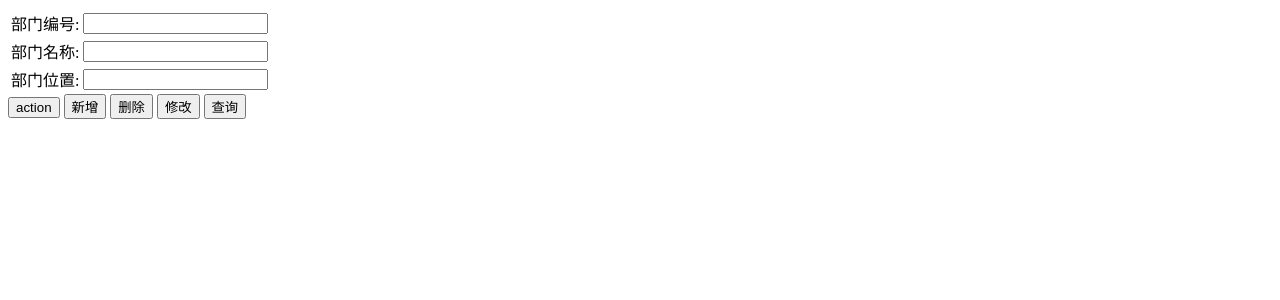
Repository: jianminghao/ssiProject
Page: http://localhost/myssiProject/dept2.jsp
An editor plug-in stored every save of this project. The page is shown before and after the next save, followed by the edit.
The browser window is 1280 px wide. The pictures show the whole page.
The page is served by Tomcat 9. Other server files are loaded and not shown.

Above is the page before, as saved 2020-03-05 04:14:57.

### myssiProject/WebContent/dept2.jsp
<%@ page language="java" contentType="text/html; charset=UTF-8"
    pageEncoding="UTF-8"%>
<!DOCTYPE html>


<html>
<head>
<meta charset="UTF-8">
<title>Insert title here</title>
<SCRIPT src="resource/jquery/jquery.js" type=text/javascript></SCRIPT>
	<script type="text/javascript">
	$(function() {

		 $('.btn').click(function() {
			var locationPath = "localhost:8080/myssiProject/dept.do?method=";
			debugger;
			var opt = $(this).val();
			switch(opt) {
		     case '1':
		    	 locationPath += 'insert';
		        break;
		     case '2':
		    	 locationPath += 'delete';
		        break;
		     case '3':
		    	 locationPath += 'update';
		        break;
		     default:
		    	 locationPath += 'list';
			}
			var deptNo =  document.getElementById("deptNo").value;
	    	var dName =  document.getElementById("dName").value;
	    	var loc =  document.getElementById("loc").value;
			document.all.dept.action=locationPath +"&deptInfo.deptNo="+deptNo +"&deptInfo.dName="+dName +"&deptInfo.loc="+loc;
			console.log(document.all.dept.action);
		/* 	document.all.dept.target="result"; */
			/* document.all.dept.submit();
			$(".dept").submit(); */
			/* windows.location.href=document.all.dept.action; */
			$("#submit").click(function(){
				document.all.dept.action=locationPath +"&deptInfo.deptNo="+deptNo +"&deptInfo.dName="+dName +"&deptInfo.loc="+loc;
				console.log(document.all.dept.action);
			});

	});
	});
	</script>
</head>
<body>
	<form id="dept" name ="dept"  method="post" action="" >
	<!-- <form action="dept.do"  method="post" focus="dept"> -->
		<table>
			<tr>
				<td>部门编号:  </td>
				 <td><input type="text" id="deptNo" name="deptInfo.deptNo"></td>
			</tr>
			<tr>
				<td>部门名称:  </td>
				 <td><input type="text" id="dName" name="deptInfo.dName"></td>
			</tr>
			<tr>
				<td>部门位置:  </td>
				 <td><input type="text" id="loc" name="deptInfo.loc"></td>
			</tr>
		</table>
		<input id="submit" type="submit"  value="action" hidden;>

		<button class="btn" name="insert" value="1">
			新增
		</button>
		<button class="btn" name="delete" value="2">
			删除
		</button>
		<button class="btn" name="update" value="3">
			修改
		</button>
		<button class="btn" name="query" value="4">
			查询
		</button>
	</form>
</body>
</html>

Loaded but not shown: myssiProject/WebContent/resource/jquery/jquery.js (library)

After the next save:
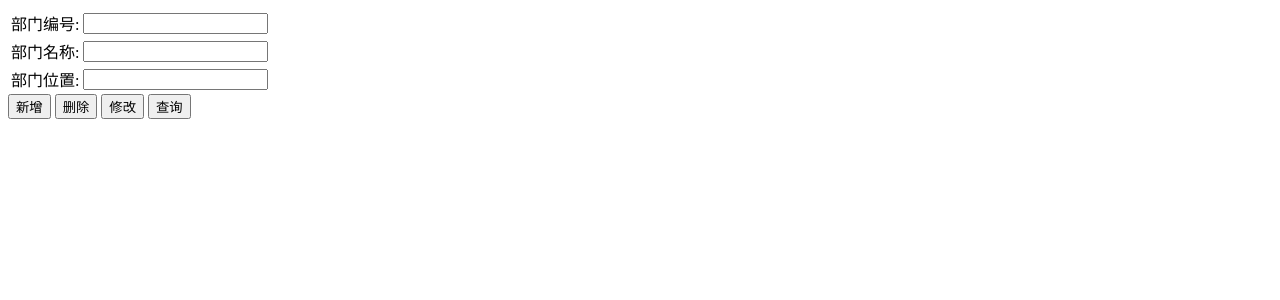
Saved 67 min 56 s later.
--- a/myssiProject/WebContent/dept2.jsp
+++ b/myssiProject/WebContent/dept2.jsp
@@ -37,10 +37,6 @@
 			/* document.all.dept.submit();
 			$(".dept").submit(); */
 			/* windows.location.href=document.all.dept.action; */
-			$("#submit").click(function(){
-				document.all.dept.action=locationPath +"&deptInfo.deptNo="+deptNo +"&deptInfo.dName="+dName +"&deptInfo.loc="+loc;
-				console.log(document.all.dept.action);
-			});
 
 	});
 	});
@@ -63,8 +59,6 @@
 				 <td><input type="text" id="loc" name="deptInfo.loc"></td>
 			</tr>
 		</table>
-		<input id="submit" type="submit"  value="action" hidden;>
-
 		<button class="btn" name="insert" value="1">
 			新增
 		</button>
